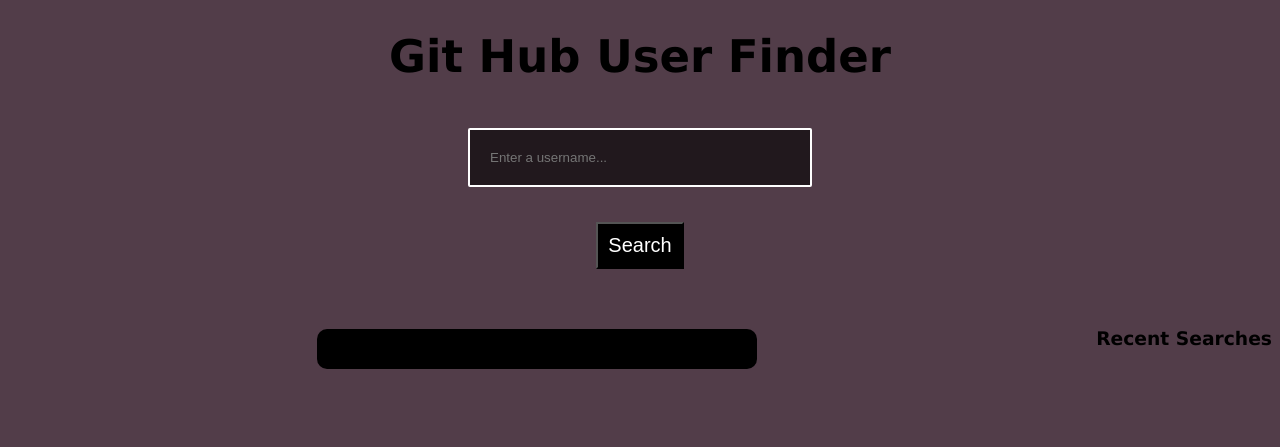
Repository: Dharshinimk-521/github-user-finder
Page: index.html
These files come from the project's save history. The page is drawn as it stood at one moment and after the next save; the edit follows.
The browser window is 1280 px wide. The pictures show the whole page.
Some web fonts or font styles are not loaded; a fallback is used.

Above is the page before, as saved 2026-04-13 21:50:20.

After the next save:
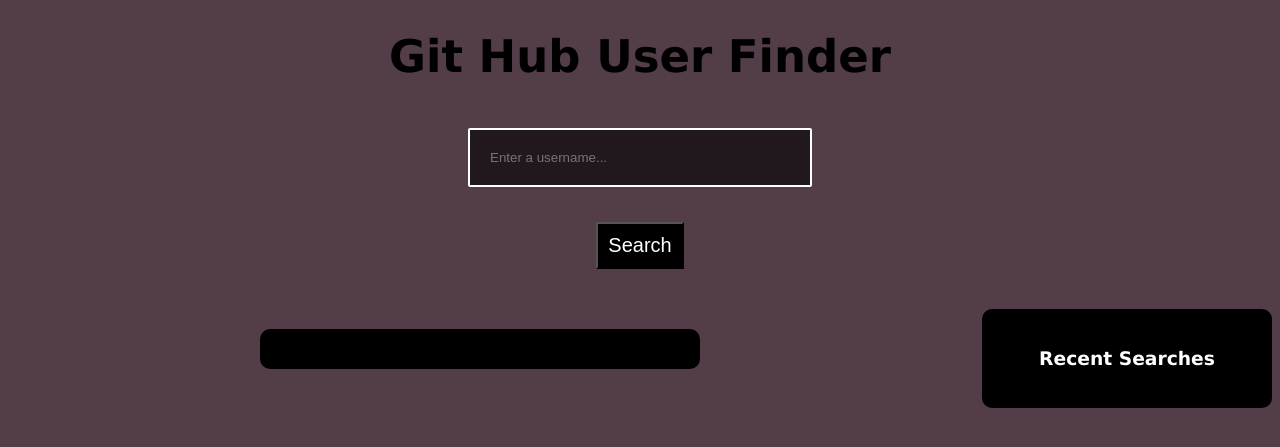
Saved 4 min 1 s later.
--- a/style.css
+++ b/style.css
@@ -78,3 +78,24 @@ body{
     gap: 30px;
     margin-top: 20px;
 }
+.recent-box {
+    background-color: black;
+    color: white;
+    padding: 20px;
+    width: 250px;
+    border-radius: 10px;
+}
+
+#recentList {
+    list-style: none;
+    padding: 0;
+}
+
+#recentList li {
+    margin: 10px 0;
+    cursor: pointer;
+}
+
+#recentList li:hover {
+    color: #00ffcc;
+}
--- a/github.js
+++ b/github.js
@@ -5,6 +5,8 @@
 
 const search = document.getElementById("search");
 const profDiv = document.getElementById("profile");
+const recentList =document.getElementById("recentList")
+let searches = JSON.parse(localStorage.getItem("searches")) || [];
 
 search.addEventListener("click", async function() {
     const username = document.getElementById("input").value.trim();
@@ -17,6 +19,14 @@ search.addEventListener("click", async function() {
 
         if (!res.ok){
             throw new Error("user not found");
+        }
+        if(!searches.includes(username)){
+            searches.unshift(username);//add to begining of that array searches
+            if(searches.length>5){
+                searches.pop();//keep only last 5
+
+            }
+            localStorage.setItem("searches",JSON.stringify(searches));
         }
         const data = await res.json();
         const repoRes= await fetch(`https://api.github.com/users/${username}/repos`);
